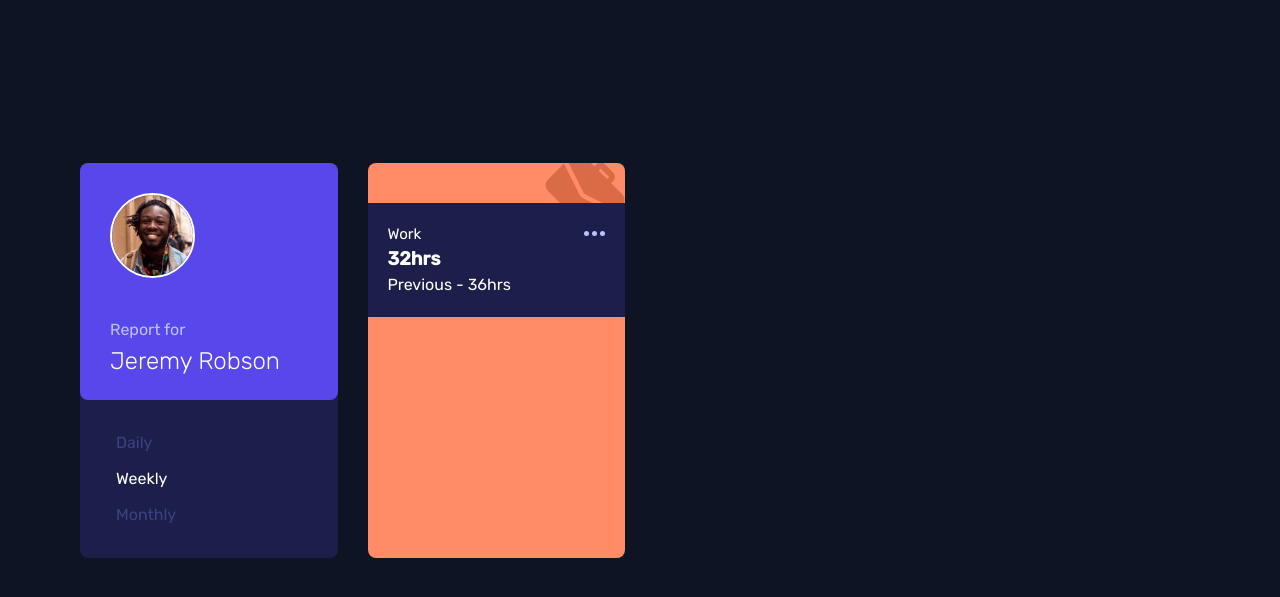
Repository: Akashiii1/WebTimeTracking_Day6
Page: index.html
These files come from the project's save history. The page is drawn as it stood at one moment and after the next save; the edit follows.
The browser window is 1280 px wide. The pictures show the whole page.

Above is the page before, as saved 2021-12-27 00:11:37.

### index.html
<!DOCTYPE html>
<html lang="en">
  <head>
    <meta charset="UTF-8" />
    <meta name="viewport" content="width=device-width, initial-scale=1.0" />
    <!-- displays site properly based on user's device -->

    <link
      rel="icon"
      type="image/png"
      sizes="32x32"
      href="./images/favicon-32x32.png"
    />

    <title>Frontend Mentor | Time tracking dashboard</title>

    <!-- Feel free to remove these styles or customise in your own stylesheet 👍 -->
    <link rel="stylesheet" href="style.css" />
    <style>
      .attribution {
        font-size: 11px;
        text-align: center;
      }

      .attribution a {
        color: hsl(228, 45%, 44%);
      }
    </style>
  </head>

  <body>
    <div class="container">
      <div class="first">
        <div class="user">
          <div class="user-img">
            <img src="images/image-jeremy.png" alt="" />
          </div>
          <div class="user-content">
            <p class="user-info">Report for</p>
            <h2 class="user-name">Jeremy Robson</h2>
          </div>
        </div>
        <div class="options">
          <button class="user-btn">Daily</button>
          <button class="user-btn active">Weekly</button>
          <button class="user-btn">Monthly</button>

        </div>
      </div>
      <div class="work">
        <div class="content">
          <div class="heading">
            <h3 class="title">Work</h3>
            <img src="images/icon-ellipsis.svg" alt="">
          </div>
          <h3 class="time">32hrs</h3>
          <div class="desc">Previous - 36hrs </div>
        </div>
      </div>

    </div>

    <!-- <div class="attribution">
      Challenge by
      <a href="https://www.frontendmentor.io?ref=challenge" target="_blank"
        >Frontend Mentor</a
      >. Coded by <a href="#">Your Name Here</a>.
    </div> -->
    <script src="app.js"></script>
  </body>
</html>

### style.css
@import url('https://fonts.googleapis.com/css2?family=Rubik:wght@300;400;500&display=swap');
:root{
  --Blue: hsl(246, 80%, 60%);

 --Lightreda: hsl(15, 100%, 70%);/*(work)*/
 --Softblue : hsl(195, 74%, 62%);/*(play)*/
 --Lightred : hsl(348, 100%, 68%);/*(study)*/
 --Limegreen : hsl(145, 58%, 55%);/*(exercise)*/
 --Violet: hsl(264, 64%, 52%);/*(social)*/
 --Softorange : hsl(43, 84%, 65%);/*(self care)*/

  --Verydarkblue: hsl(226, 43%, 10%);
  --Darkblue: hsl(235, 46%, 20%);
  --Desaturatedblue: hsl(235, 45%, 61%);
  --PaleBlue: hsl(236, 100%, 87%);
}
*,
*::before,
*::after {
  box-sizing: border-box;
}
body,
h1,
h2,
h3,
h4,
h5,
h6,
p,
figure,
picture {
  margin: 0;
}
body {
  min-height: 100vh;
  line-height: 1.5;
}
input,
button,
select,
textarea {
  font: inherit;
}
img,
picture {
  display: block;
  max-width: 100%;
}
body{
  font-family: 'Rubik', sans-serif;
  background: var(--Verydarkblue);
  min-height: 100vh;
  display: flex;
  justify-content: center;
  align-items: center;
}
.container{
  width: 1120px;
  display: grid;
  grid-template-columns: repeat(4,1fr);
  grid-gap:30px ;
}
.first{
  background-color: var(--Darkblue);
  border-radius: 8px;
}
.user{
  background: var(--Blue);
  border-radius: 8px;
  padding: 30px;
}
.user-img{
  width: 85px;
  height: 85px;
  margin-bottom: 40px;
}
.user-img img{
  border-radius: 50%;
  border: 2px solid #fff;
  object-fit: cover;
}
.user-content{

}
.user-info{
  color: var(--PaleBlue);
  margin-bottom: 10px;
}
.user-name{
  color: #fff;
  font-weight: 300;
  line-height: 18px;
}
button{
  cursor: pointer;
}
.options{
  display: flex;
  flex-direction: column;
  justify-content: space-around;
  gap: 10px 0;
  align-items: flex-start;
  padding: 30px;
}
.user-btn{
  border: 0;
  outline: none;
  background-color: transparent;
  color:hsl(238.18,34.37%,37.65%);
}
.user-btn.active{
  color: #fff;
}
.work{
  background: url(images/icon-work.svg) no-repeat top -10px right/ 80px 80px ,var(--Lightreda);
  padding-top: 40px;
  border-radius: 8px;
}
.content{
  background-color: var(--Darkblue);
  color: #fff;
  padding: 20px;
}
.heading{
  display: flex;
  justify-content: space-between;
  align-items: center;
}
.heading h3{
  font-size: 15px;
  font-weight: 400;
}
/* remove animation for people who've turned them off */
@media (prefers-reduced-motion: reduce) {
  *,
  *::before,
  *::after {
    animation-duration: 0.01ms !important;
    animation-iteration-count: 1 !important;
    transition-duration: 0.01ms !important;
    scroll-behavior: auto !important;
  }
}

Loaded but not shown: app.js (no stored copy; drawn as an empty file)

After the next save:
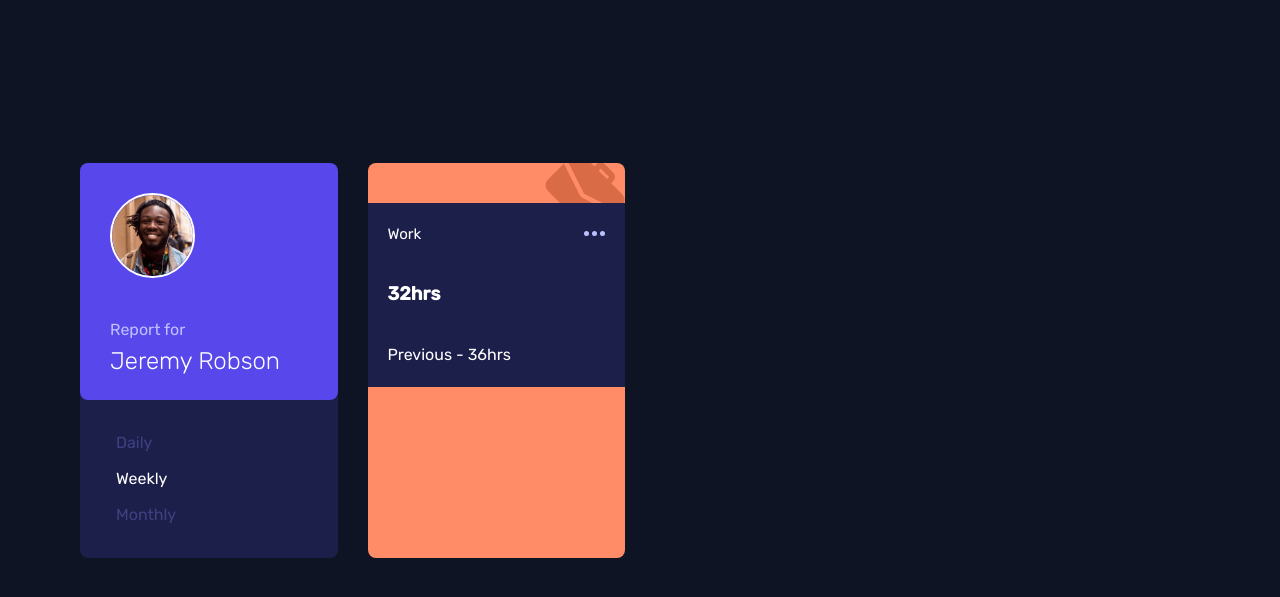
Saved 25 s later.
--- a/style.css
+++ b/style.css
@@ -130,6 +130,9 @@ button{
   font-size: 15px;
   font-weight: 400;
 }
+.time{
+  padding: 35px 0;
+}
 /* remove animation for people who've turned them off */
 @media (prefers-reduced-motion: reduce) {
   *,
